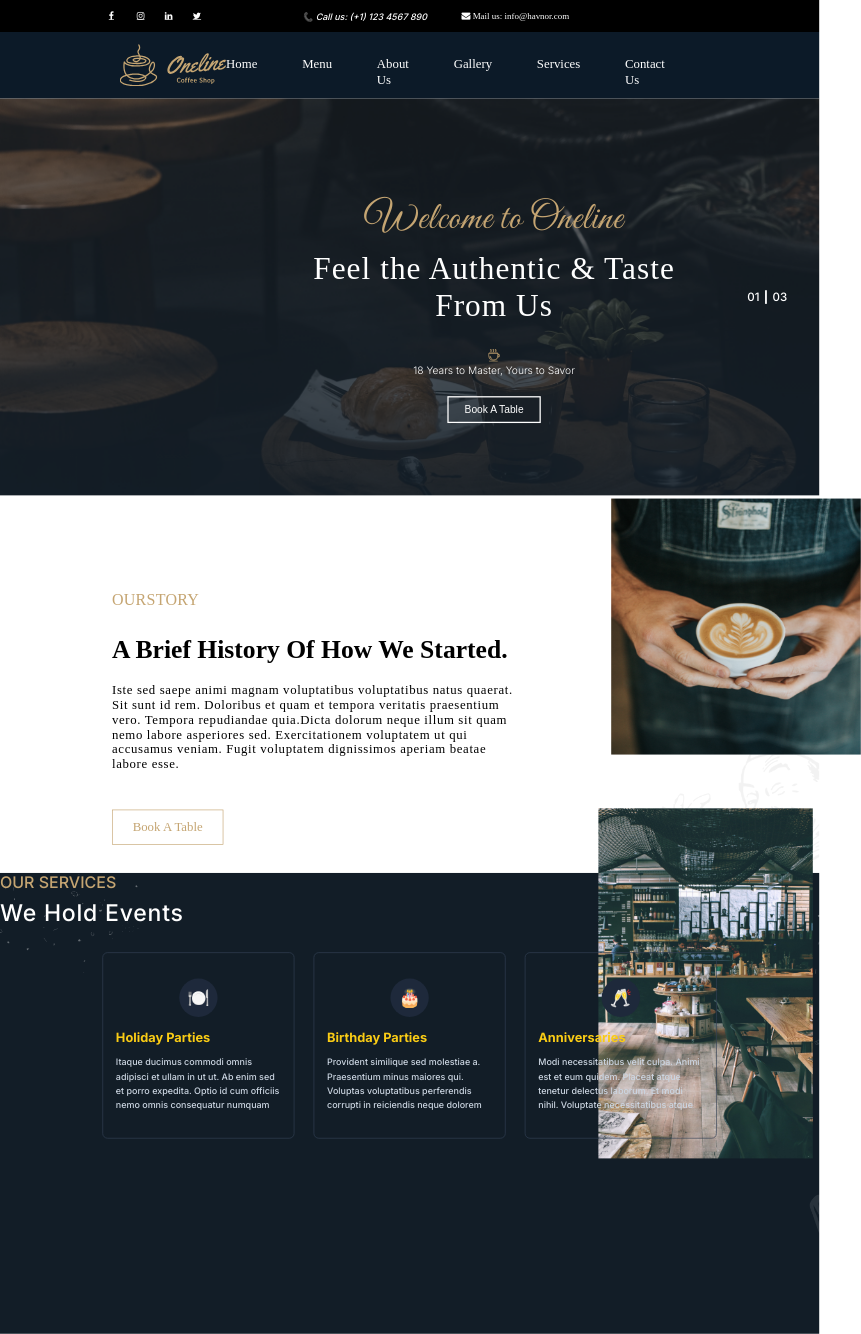
Repository: abhayzulasana/Online-Coffee-Shop
Page: index.html
An editor plug-in stored every save of this project. The page is shown before and after a run of saves, followed by the edit.
The browser window is 1280 px wide. The page is 1345 px wide, so the pictures cover 1345 px, including what lies to the right of the window. The pictures show the whole page, at 64% of full size.

Above is the page before, as saved 2025-05-21 17:15:31.

### index.html
<!DOCTYPE html>
<html lang="en">
<head>
  <meta charset="UTF-8" />
  <meta name="viewport" content="width=device-width, initial-scale=1.0" />
  <title>Oneline Coffee Shop</title>
  <link rel="stylesheet" href="style.css" />
  <link rel="stylesheet" href="https://cdnjs.cloudflare.com/ajax/libs/font-awesome/4.7.0/css/font-awesome.min.css">

  <link rel="preconnect" href="https://fonts.googleapis.com" />
  <link rel="preconnect" href="https://fonts.gstatic.com" crossorigin />
  <link href="https://fonts.googleapis.com/css2?family=Great+Vibes&family=Inter:wght@300;500;700&display=swap" rel="stylesheet">
</head>
<body>
  <header class="top-bar">
    <div class="social-icons">
      <a href="#" class="fa fa-facebook"></a>
      <a href="#" class="fa fa-instagram"></a>
      <a href="#" class="fa fa-linkedin"></a>
      <a href="#" class="fa fa-twitter"></a>

    </div>
    <div class="contact-info">
      <i class="call"> 📞   Call us: (+1) 123 4567 890</i>
      <i class="fa fa-envelope">    Mail us: info@havnor.com</i>

    </div>
  </header>

  <nav class="navbar">
    <div class="logo">
      <img src="img/cafelogo.svg">
      <!-- <span>☕</span>
      <span class="logo-text">Oneline <small>Coffee Shop</small></span> -->
    </div>
    <ul class="nav-links">
      <li>Home</li>
      <li>Menu</li>
      <li>About Us</li>
      <li>Gallery</li>
      <li>Services</li>
      <li>Contact Us</li>
    </ul>
  </nav>

  <section class="hero">
    <div class="hero-content">
  <center>
      <h2>Welcome to Oneline</h2>
      <h1>Feel the Authentic & Taste From Us</h1>
      <img src="img/cafe.svg">

      <!-- <div class="divider">☕</div> -->
      <p>18 Years to Master, Yours to Savor</p>
      <button>Book A Table</button>
    </div>
  </center>
    <div class="scroll-number">
      <span>01</span>
      <span>┃</span>
      <span>03</span>
    </div>
  </section >

   <div class="over-story">
    <div class="over-story-content">
        <h1>ourstory</h1>
        <h2>A Brief History Of How We Started.</h2>
        <p>Iste sed saepe animi magnam voluptatibus voluptatibus natus quaerat. Sit sunt id rem. Doloribus et quam et tempora veritatis praesentium vero. Tempora repudiandae quia.Dicta dolorum neque illum sit quam nemo labore asperiores sed. Exercitationem voluptatem ut qui accusamus veniam. Fugit voluptatem dignissimos aperiam beatae labore esse.</p>
        <button>Book A Table</button>
    </div>
    <div class="our-img">
        <img  class="img1" src="img/ourstory1.png">
        <img class="img2" src="img/ourstory2.png">

      </div>
   </div>


   <div class="our-services">
      <div class="text-content">
        <p class="section-title">OUR SERVICES</p>
        <h1 >We Hold Events</h1>
      </div>

      <div class="cards-container">
        <div class="card">
          <div class="icon-circle">🍽️</div>
          <h3>Holiday Parties</h3>
          <p>
            Itaque ducimus commodi omnis adipisci et ullam in ut ut. Ab enim sed
            et porro expedita. Optio id cum officiis nemo omnis consequatur numquam
          </p>
        </div>
        <div class="card">
          <div class="icon-circle">🎂</div>
          <h3>Birthday Parties</h3>
          <p>
            Provident similique sed molestiae a. Praesentium minus maiores qui.
            Voluptas voluptatibus perferendis corrupti in reiciendis neque dolorem
          </p>
        </div>
        <div class="card">
          <div class="icon-circle">🥂</div>
          <h3>Anniversaries</h3>
          <p>
            Modi necessitatibus velit culpa. Animi est et eum quidem. Placeat atque
            tenetur delectus laborum. Et modi nihil. Voluptate necessitatibus atque
          </p>
        </div>
      </div>

   </div>
</body>
</html>

### style.css
/* Reset & Base */
* {
    margin: 0;
    padding: 0px;
    box-sizing: border-box;
  }

  body {
    font-family: 'Inter', sans-serif;
    color: white;
    /* margin-left:90px; */
    height: 100vh;
  }
  html {
    scroll-behavior: smooth;
    /*Adds smooth scrolling instead of snapping to element*/
  }

  /* Top Bar */
  .top-bar {
    top: 0px;
    width: 100%;
    height: 50px;
    background-color: #000;
    color: white;
    display: flex;
    justify-content: space-between;
    padding: 10px 30px;
    font-size: 14px;

  }

  .social-icons a {
    margin-top:7px;
    width:40px;
    height: 17px;

    /* margin-right: 10px; */
    color: white;
    /* margin-left: 0px; */
    /* gap: 10px; */
  }
  .fa-facebook{
    margin-left: 140px;
  }
  .contact-info{
      display: flex;
      gap: 40px;
      margin-right: 320px;
      font-family: 'Inter', sans-serif;

      align-items: center;

  }
  .call{
      /* gap: 70px; */
      font-family: 'Inter', sans-serif;

      /* font: normal normal medium 16px/19px Montserrat; */
      width: 209px;
  }
  .fa-envelope{
    width: 209px;
    font-family: 'Inter', sans-serif;

  }

  /* Navbar */
  .navbar {
    top: 47px;
    margin-left: 0px;
    width: 100%;
    height: 104px;
    background-color: #0c1a28;
    display: flex;
    justify-content: space-between;
    text-align: left;
    /* align-items: center; */
    padding: 15px 50px;
  }

  .logo {
    display: flex;
    align-items: center;
    font-size: 70px;
    /* color: #C5A572; */
  }
.logo img{
  margin-left: 137px;
}
  /* .logo span{
    margin-left: 50px;
    color: #C5A572;
  } */
  .logo-text {
    top: 81px;
    width: 92px;
    height: px;
    color: #C5A572;
    font-family: 'Great Vibes', cursive;
    margin-left: 210px;
    font-size: 45px;
  }

  .logo-text small {
    display: block;
    font-size: 12px;
    font-family: 'Inter', sans-serif;
  }

  .nav-links {
    /* margin-left: 57px; */
    margin-right: 290px;
    margin-top: 23px;
    height: 24px;
    list-style: none;
    display: flex;
    gap: 70px;
    /* text-align: left; */
    font: normal normal normal 20px/24px Montserrat;
    color: #FFFFFF;
    opacity: 1;
  }

  .nav-links li {
    cursor: pointer;
  }

  /* Hero Section */
  .hero {
    top: 151px;
    left: 0px;
    width: 100%;
    height: 100px;
    display: flex;
    justify-content: space-between;
    align-items: center;
    height: calc(100vh - 100px);
    padding: 0 50px;
    background: url('img/bgcafe.png');
  background-repeat: no-repeat;
  background-size: cover;
  background-position: center;
  }

  .hero-content {
    top: 398px;
    margin-left: 427px;
    width: 857px;
    height: 317px;
    max-width: 50%;
  }

  .hero-content h2 {
    /* text-align: left; */
    font: normal normal normal 60px/75px Great Vibes;
    letter-spacing: 1.2px;
    color: #C5A572;

  }

  .hero-content h1 {
    font: normal normal normal ;
    font-family:Bellefair;
    font-size: 49px;
    letter-spacing: 1.6px;

    /* margin-bottom: 20px; */
  }

  .divider {
    font-size: 20px;
    color: #d4af37;
    margin-bottom: 10px;
  }

  .hero-content p {
    margin-bottom: 30px;
    font-weight: 300;
  }

  .hero-content button {
    padding: 10px 25px;
    font-size: 16px;
    background-color: transparent;
    border: 2px solid white;
    color: white;
    cursor: pointer;
    transition: 0.3s;
  }

  .hero-content button:hover {
    background-color: white;
    color: #000;
  }

  .scroll-number {
    text-align: center;
    font-size: 18px;
    line-height: 1.8;
  }
/* over story */
.over-story{
  height: 82vh;
  width: 100%;
  color: #000;
  display: flex;
  background: url('img/ourstorybg2.png') right bottom no-repeat;
  /* background-repeat: no-repeat; */
  /* background-size: cover; */
  /* background-position: center; */

}
.over-story-content h1{
      display: flex;
  font-size: 25px;
  margin-left: 175px;
  margin-top: 150px;
  width: 133px;
  height: 27px;
  text-align: left;
  font-family:'Montserrat';
  letter-spacing: 0.38px;
  color: #C5A572;
  text-transform: uppercase;
}
.over-story-content h2{
    font-family: 'Bellefair';
    font-size: 40px;
    margin-left: 175px;
    margin-top: 25px;
    width: 700px;
    height: 51px;
    text-transform: capitalize;
opacity: 1;
}
.over-story-content p{
  font-family: 'Montserrat';
  font-size: 20px;
  margin-left: 175px;
  margin-top: 25px;
  width: 632px;
  /* height: 51px; */
  letter-spacing: 1px;
}

.over-story-content button{
  margin-top: 60px;
  margin-left: 175px;
  font-family:'Montserrat';
  font-size: 20px;
  background-color: transparent;
  color: #C5A572;
  cursor: pointer;
  transition: 0.3s;
  border: 1px solid #C5A572;
  width: 174px;
  height: 55px;
}
.over-story-content button:hover {
  background-color: white;
  color: #421f1f;
}
/* .our-img{
  height:700px;
} */
.img1{
  margin-top: 5px;
  margin-left: 80px;
  width: 390px;
  height: 400px;
}
.img2{
  margin-top: 80px;
  margin-left: 60px;
  /* width: 335px;
  height: 547px; */
}

/* our services */
.our-services{
  height: 100vh;
  background: url('img/ourserviceimg.png');
  /* background-repeat: no-repeat; */
  background-size: cover;
  background-position: center;
}

.section-title{
  color:#C5A572;
  font-size: 25px;
}
h1{
    font-size: 36px;
  font-weight: 500;
  margin: 10px 0 40px;
  letter-spacing: 1.2px;
}

.cards-container {
  display: flex;
  flex-wrap: wrap;
  justify-content: center;
  gap: 30px;
}

.card {
  background-color: transparent;
  border: 1px solid #334155;
  border-radius: 8px;
  padding: 40px 20px;
  width: 300px;
  color: #cbd5e1;
}

.card h3 {
  font-size: 20px;
  color: #facc15; /* Warm gold/yellow */
  margin: 20px 0 15px;
}

.card p {
  font-size: 14px;
  line-height: 1.6;
}

.icon-circle {
  background-color: #1e293b;
  color: #facc15;
  width: 60px;
  height: 60px;
  margin: 0 auto;
  border-radius: 50%;
  font-size: 28px;
  display: flex;
  align-items: center;
  justify-content: center;
}

After the next 2 saves:
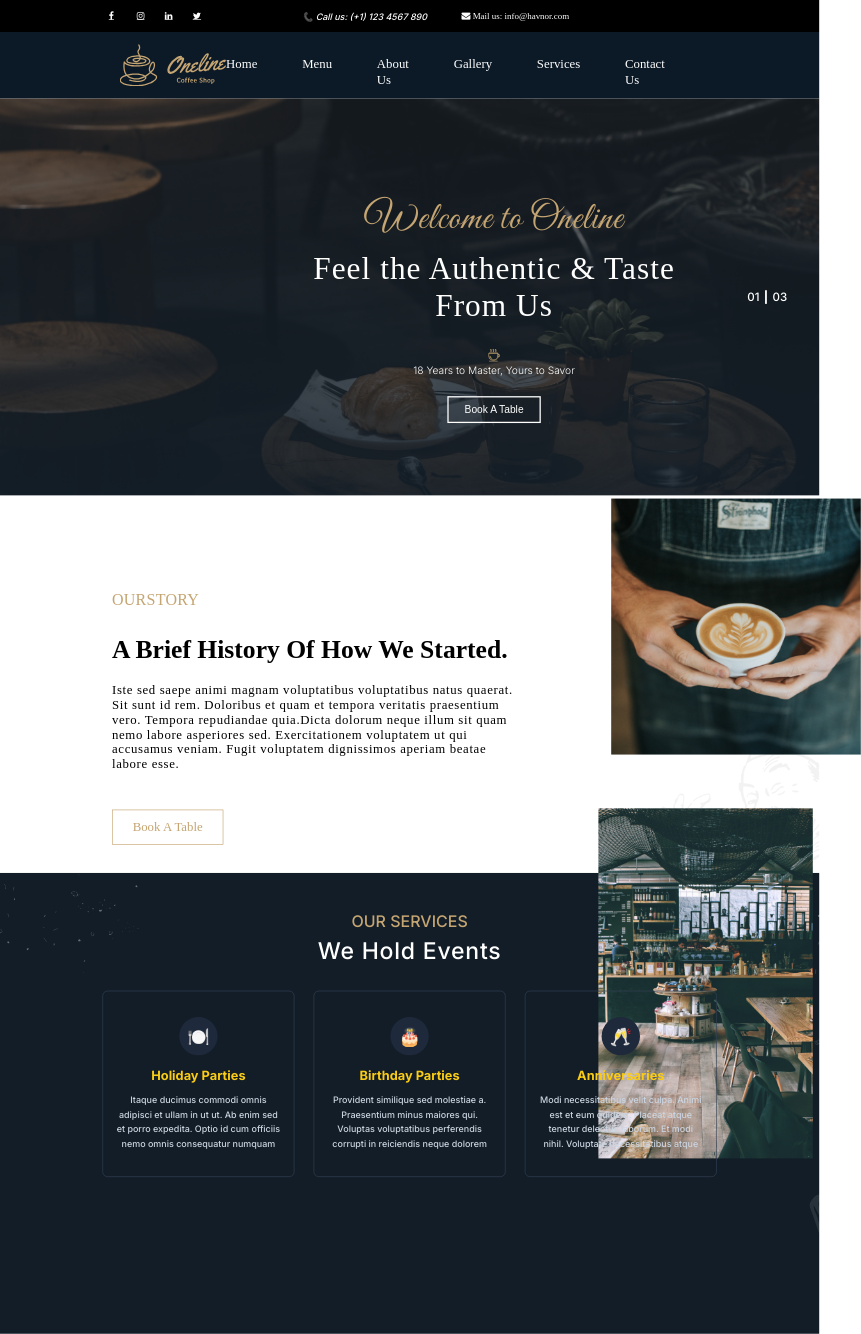
The 2 saves are shown as one change because they came seconds apart.
The last was saved 25 s later.
--- a/style.css
+++ b/style.css
@@ -284,6 +284,8 @@ opacity: 1;
   /* background-repeat: no-repeat; */
   background-size: cover;
   background-position: center;
+  text-align: center;
+  padding: 60px 20px;
 }
 
 .section-title{
